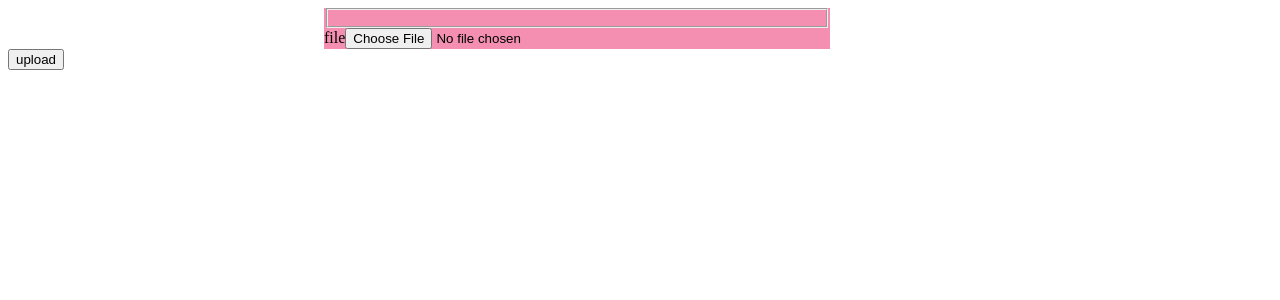
Repository: jocarosa/meta-data
Page: http://localhost/
The author's editor kept a record of every edit. The page is drawn from the files as they stood at one moment, then again after the next edit.
The browser window is 1280 px wide. The pictures show the whole page.
The page is served by the project's Node server (meta.js).

Above is the page before.

### views/index.jade
html
  head
    style
        include css/style.css


  body
      form(action='/',method='post', enctype="multipart/form-data")

        div(id='hiddendiv',data-role='fieldcontain')
            fieldset(data-role='controlgroup')
            label(for='hidden_password') file
            input(id='hidden_password',type='file',value='file' name="myfile")

        div(data-role='fieldcontain')
            input(type='submit',value='upload',data-transition='fade', data-theme='c')


include ./script.jade

### views/css/style.css
#hiddendiv{
    width:40%;
    background-color: #F48FB1;
    margin-left: 25%;
}

submit{
    float              :left;
    padding            : 10px;
    background-color   : #880E4F;
}

### views/script.jade
script.
      if ('#{message}')
         alert('#{message}')

### meta.js
var express     = require('express');
var app         = express();
var multer      = require('multer');
var upload      = multer({ dest: './public/uploads/' });
var size;

app.set('view engine', 'jade');


app.get('/',function(req,res){
    res.render('index.jade');
});


//routes

app.post('/',upload.single('myfile'), function (req, res) {

    size    = 'the size is '+req.file.size;
    res.render('index.jade',{message:size});

});



var port = process.env.PORT || 8080;
app.listen(port,  function () {
	console.log('Node.js listening on port ' + port + '...');
});

After the next edit:
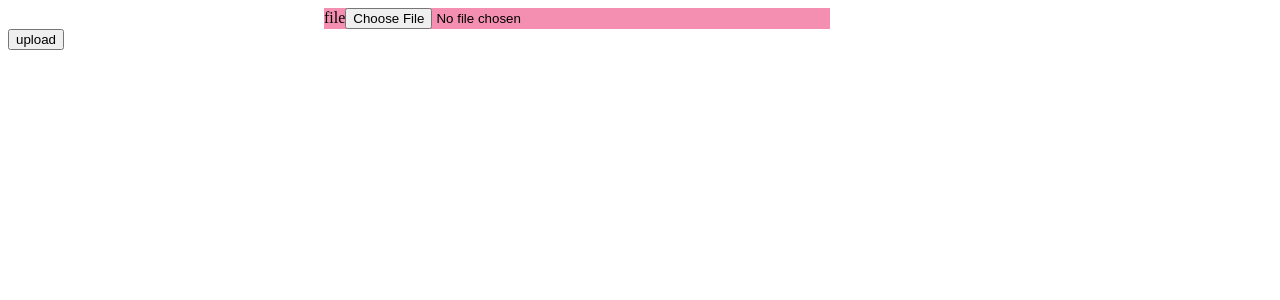
The edit:
--- a/views/index.jade
+++ b/views/index.jade
@@ -8,7 +8,6 @@
       form(action='/',method='post', enctype="multipart/form-data")
 
         div(id='hiddendiv',data-role='fieldcontain')
-            fieldset(data-role='controlgroup')
             label(for='hidden_password') file
             input(id='hidden_password',type='file',value='file' name="myfile")
 
